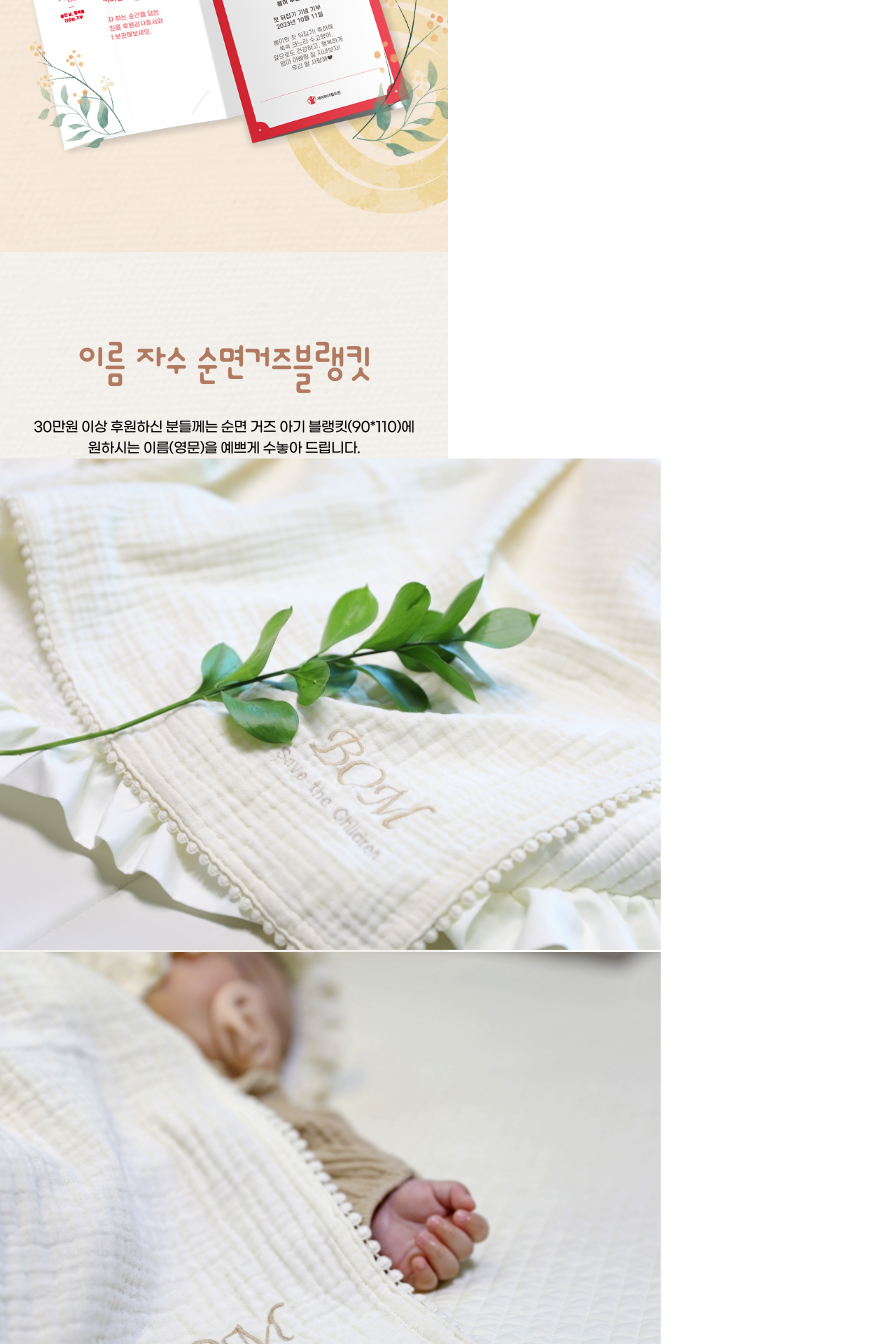
Repository: dlgywls1130/save_children_m
Page: index.html
These files come from the project's save history. The page is drawn as it stood at one moment and after the next save; the edit follows.
The browser window is 1280 px wide. The pictures show the part of the page from y = 4580 to 6500 px (the page is 9918 px tall), at 70% of full size.

Above is the page before, as saved 2023-12-13 19:21:30.

### index.html
<!DOCTYPE html>
<html lang="en">
<head>
    <meta charset="UTF-8">
    <meta name="viewport" content="width=device-width, initial-scale=1.0">
    <title>세이브더칠드런</title>

    <link rel="stylesheet" href="./css/reset.css">
    <link rel="stylesheet" href="./css/style.css">

</head>
<body>
    <div class="content_body">
        <section class="section_wrapper section01">
            <div class="se01 se_wrapper">
                <div class="se01_sub">
                    <div class="sub_logo">
                        <img src="./img/logo01.png" alt="logo">
                    </div>
                    <p>우리 아기 좋은 날 기부</p>
                </div>
                <p class="seo01_title">
                    아가야,
                </p>
                <p class="seo01_title_two">
                    너의 <span id="rollingText">탄생</span> 순간을 축하해!
                </p>
                <p class="section_descript mb-45">
                    아이의 건강과 행복을
                    <br>바라는 마음을 담아,
                    <br>탄생, 백일, 첫 걸음마, 첫돌 등
                    <br>내 아이의 소중한 순간을
                    <br>기부로 기념해보세요.
                    <br>함께 자라나는 다른 아이들
                    <br>에게도 큰 축복이 됩니다..
                </p>

                <a class="donation_link" href="javascript:void(0)">우리 아기 좋은 날 기부</a>
            </div>
        </section>
        <section class="section_wrapper section02">
            <div class="se02 se_wrapper">
                <div class="postit_wrapper">
                    <div class="postit postit01">
                        <p>우리 아들 우현이의<br>
                        200일을 축하해.<br>
                        건강하게 자라줘서 고마워 ❤<br>
                        늘 사랑받고 받은 사랑만큼<br>
                        베풀 수 있는 건강하고<br>
                        멋진 아들이 되길 바래!</p>
                    </div>
                    <div class="postit postit02">
                        <p>우리 새로아<Br>
                        백일 동안 무럭무럭 자라줘서<Br>
                        고마워~앞으로도 건강하고<Br>
                        우리 같이 재미있게 많이 놀자.<Br>
                        엄마,아빠가 많이 사랑해.</p>
                    </div>

                    <div class="postit postit05">
                        <p>사랑하는 도현이의<br>
                        첫 어린이날과 첫돌을<br>
                        기념하며, <br>
                        이웃을 사랑하는<br>
                        멋진 사람으로 자라길</p>

                    </div>
                    <div class="postit postit04">
                        <p>보미야<br>
                        첫 번째 생일 축하해<br>
                        너의 존재가 온 세상에<br>
                        봄이길 바랄게!   </p>
                    </div>

                    <div class="postit postit03">
                        <p>서진아<br>
                        우리에게 와줘서 고마워<br>
                        건강하고 행복하게 자라렴.<br>
                        사랑해♡      </p>
                    </div>

                </div>

            </div>
        </section>
        <section class="section_wrapper section03">
            <div class="se_wrapper se03">
                <div class="se_title_co">
                    아기의 좋은 날을<br> 기념해 주신 모든 분들께
                    <br>후원감사증서를 보내드립니다.
                </div>
                <div class="se_sub_co">
                    후원감사증서는<Br> 아기에게 남기고 싶은 메시지와 아기의 좋은 날이 담긴 사진을<br> 보관할 수 있도록
                    만들어드립니다.<br> 먼 훗날, 아기가 성장해 읽게 될 날을 그리며 편지를 써보세요.
                </div>
            </div>

        </section>
        <section class="section_wrapper section04">
            <div class="se_wrapper se04">
                <div class="se_title_co">
                    이름 자수 순면거즈블랭킷
                </div>
                <div class="se_sub_co">
                    30만원 이상 후원하신 분들께는 순면 거즈 아기 블랭킷(90*110)에
                    <Br>원하시는 이름(영문)을 예쁘게 수놓아 드립니다.
                </div>

                <div class="se04_slide mt-85">
                    <div class="se04_slide_list">
                        <img src="./img/slide01.jpg">
                    </div>
                    <div class="se04_slide_list">
                        <img src="./img/slide02.jpg">
                    </div>
                    <div class="se04_slide_list">
                        <img src="./img/slide03.jpg">
                    </div>
                </div>
            </div>
        </section>
        <section class="section_wrapper section05">
            <div class="se_wrapper se05">
                <div class="se_title_co">
                    후원신청 과정
                </div>

                <div class="se_step_list">
                    <div class="se_step">
                        <p class="step_number">1</p>
                        <div class="step_ico">
                            <img src="./img/icon01.png" alt="img">
                        </div>
                        <p class="step_descript">
                            후원신청하기
                        </p>
                    </div>
                    <div class="se_step">
                        <p class="step_number">2</p>
                        <div class="step_ico">
                            <img src="./img/icon02.png" alt="img">
                        </div>
                        <p class="step_descript">
                            후원감사증서
                            <br>메시지 적기
                        </p>
                    </div>
                    <div class="se_step">
                        <p class="step_number">3</p>
                        <div class="step_ico">
                            <img src="./img/icon03.png" alt="img">
                        </div>
                        <p class="step_descript">
                            신청완료
                        </p>
                    </div>
                    <div class="se_step">
                        <p class="step_number">4</p>
                        <div class="step_ico">
                            <img src="./img/icon04.png" alt="img">
                        </div>
                        <p class="step_descript">
                            후원감사증서 발송
                            <Br>(1주 이내)
                        </p>
                    </div>
                </div>

                <div class="se_sub_co mt-100">
                    30만원 이상 후원해 주신 경우,
                    <br>감사 선물 수령 주소 및 아기 블랭킷에 새겨질 문구 확인을 위한 문자가 발송됩니다.
                </div>

                <a class="donation_link" href="javascript:void(0)">우리 아기 좋은 날 기부</a>
            </div>

        </section>
        <section class="section_wrapper section06">
            <div class="se_wrapper se06">
                <div class="se_title_co">
                    후원금, 이렇게 쓰여요!
                </div>
                <div class="se_sub_co">
                    세이브더칠드런은 <span>국내외 아동을 위한 교육,
                    <Br>보호, 보건영양지원, 아동권리옹호</span> 등의 활동을 해나가고 있습니다.
                </div>
                <div class="se_sub_co">
                    보내주신 후원금은 정치, 종교, 인종에 관계없이 모든 아이를 구해야 한다는
                    <Br>세이브더칠드런의 신념에 따라 <span>가장 도움 필요한 아이를 위해 우선 사용</span>됩니다.
                </div>
            </div>

        </section>
        <section class="section_wrapper section07">
            <div class="se_wrapper se07">
                <div class="se_title_co">
                    FAQ
                </div>
                <div class="accordion">
                    <div class="accordion-item">
                        <h3 class="title">
                            <span>1. 30만원 이상 후원했습니다. 거즈 순면 블랭킷은 언제 오나요?</span>
                            <img src="./img/top.png">
                        </h3>
                        <p class="paragraph">
                            우리아기 축하기부로 30만원 이상 후원자님들께는 담요에 수놓을 아기 이름과
                            <Br>선물 수령 주소 확인을 위한 문자가 발송됩니다.
                            <br>02-6900-4479로 발송되는 문자 속 설문조사에 답해주세요.
                            <br>확인을 완료하신 분들께는 블랭킷 제작을 담당하고 있는 조니 스튜디오에서
                            <br>아기 이름 자수 작업 완료 후 배송해 드립니다.

                        </p>
                    </div>
                    <div class="accordion-item">
                        <h3 class="title">
                            <span>2. 거즈 순면 블랭킷, 안전한 제품인가요?</span>
                            <img src="./img/top.png">
                        </h3>
                        <p class="paragraph">
                            본 블랭킷은 워싱된 3중 거즈로 제작되었으며, KC안전검사를 완료하였습니다.
                            소재 특성상 섬유 조각이 발생할 수 있어 망에 넣지 않고 3번 정도 물빨래 하시는 것을 권장합니다.

                        </p>
                    </div>
                    <div class="accordion-item">
                        <h3 class="title">
                            <span>3. 거즈 순면 블랭킷을 받았는 데 하자가 있어요. 어떻게 해야 하나요? </span>
                            <img src="./img/top.png">
                        </h3>
                        <p class="paragraph">
                            070-4220-4123 (조니스튜디오 CS)로 전화 연락 부탁드립니다. 하자 물품에 대한 교환은 수령일로부터 7일 이내에 조니스튜디오에 연락해주셔야 하며, 이로 인한 후원금 환불은 어렵습니다.
                        </p>
                    </div>
                    <div class="accordion-item">
                        <h3 class="title">
                            <span>4. 후원감사증서에 넣을 수 있는 사진 사이즈는 얼마인가요?</span>
                            <img src="./img/top.png">
                        </h3>
                        <p class="paragraph">
                            사진 인화 사이즈 5*7 인치에 맞추어서 제작되었습니다.  그보다 작은 사진일 경우, 후원감사증서
                            내부의 주머니에 넣어 보관하실 수도  있습니다.

                        </p>
                    </div>
                </div>
            </div>

        </section>
        <section class="section_wrapper section08">
            <div class="se_wrapper se08">
                <div class="se08_postion">
                    <p class="se08_title">우리 아기 좋은 날 기부</p>
                    <p class="se08_descript">
                        탄생, 백일, 첫 걸음마, 첫돌...
                        <br>소중한 우리 아기의 성장을 기념해 보세요!
                        <br>아기의 좋은 날이 모여 세상의 행복이 됩니다.
                    </p>
                    <a href="javascript:void(0)" class="more_btn">
                        <p>자세히보기</p>
                        <svg xmlns="http://www.w3.org/2000/svg" width="16" height="16" fill="currentColor" class="bi bi-chevron-right" viewBox="0 0 16 16">
                            <path fill-rule="evenodd" d="M4.646 1.646a.5.5 0 0 1 .708 0l6 6a.5.5 0 0 1 0 .708l-6 6a.5.5 0 0 1-.708-.708L10.293 8 4.646 2.354a.5.5 0 0 1 0-.708z"/>
                        </svg>
                    </a>
                </div>

            </div>
        </section>
    </div>

    <script src="https://ajax.googleapis.com/ajax/libs/jquery/1.12.4/jquery.min.js"></script>
    <script src="./js/main.js"></script>
</body>
</html>

### css/style.css

/* root */
:root{
    --main-color:#B17A60;
    --pink-color:#F79497;
}


/* font */

/* dongle */
@font-face {
    font-family: 'Dongle';
    font-weight: 300;
    src: url('../font/Dongle-Light.ttf') format('ttf'),
    url('../font/Dongle-Light.woff') format('woff');
}

@font-face {
    font-family: 'Dongle';
    font-weight: 500;
    src: url('../font/Dongle-Regular.ttf') format('ttf'),
    url('../font/Dongle-Regular.woff') format('woff');
}

@font-face {
    font-family: 'Dongle';
    font-weight: 700;
    src: url('../font/Dongle-Bold.ttf') format('ttf'),
    url('../font/Dongle-Bold.woff') format('woff');
}


/* Gmarket */
@font-face {
    font-family: 'GmarketSans';
    font-weight: 300;
    src: url('../font/GmarketSansLight.ttf') format('ttf'),
    url('../font/GmarketSansLight.woff') format('woff');
}

@font-face {
    font-family: 'GmarketSans';
    font-weight: 500;
    src: url('../font/GmarketSansMedium.ttf') format('ttf'),
    url('../font/GmarketSansMedium.woff') format('woff');
}

@font-face {
    font-family: 'GmarketSans';
    font-weight: 700;
    src: url('../font/GmarketSansBold.ttf') format('ttf'),
    url('../font/GmarketSansBold.woff') format('woff');
}


/* nanumsqure */

@font-face {
    font-family: 'NanumSquare';
    font-weight: 400;
    src: url('../font/NanumSquareL.ttf') format('ttf'),
    url('../font/NanumSquareL.woff') format('woff');
}

@font-face {
    font-family: 'NanumSquare';
    font-weight: 500;
    src: url('../font/NanumSquareR.ttf') format('ttf'),
    url('../font/NanumSquareR.woff') format('woff');
}

@font-face {
    font-family: 'NanumSquare';
    font-weight: 600;
    src: url('../font/NanumSquareB.ttf') format('ttf'),
    url('../font/NanumSquareB.woff') format('woff');
}

@font-face {
    font-family: 'NanumSquare';
    font-weight: 700;
    src: url('../font/NanumSquareEB.ttf') format('ttf'),
    url('../font/NanumSquareEB.woff') format('woff');
}



/* scdream5 */
@font-face {
    font-family: 'SCDream5';
    src: url('../font/SCDream5.woff') format('woff'),
    url('../font/SCDream5.ttf') format('ttf'),
    url('../font/SCDream5.otf') format('otf');
}


.section_wrapper{
    max-width:1920px;
    width: 100%;

}

.se_wrapper{
    max-width: 640px;
    width: 100%;
    position: relative;
    box-sizing: border-box;
}


/* section01 */


.section01{
    background: url('../img/back01.jpg') no-repeat;
    height: 940px;

}

.se01{
    padding: 145px 10px 92px 60px;
    box-sizing: border-box;
}
.se01_sub{
    display: flex;
    align-items: center;
    margin-bottom: 70px;
}

.sub_logo{
    width: 125px;
    height: 40px;
    margin-right: 10px;
}

.sub_logo img{
    width: 100%;
    height: 100%;
    object-fit: contain;
}

.se01_sub p{
    width: 190px;
    height: 30px;
    background: #B17A60;
    border-radius: 15px;
    display: flex;
    align-items: center;
    justify-content: center;
    letter-spacing: -0.03em;
    font-size: 15px;
    font-weight: 700;
    font-family: 'GmarketSans',sans-serif;
    color: #fff;
}

.seo01_title{
    font-family: 'Dongle',sans-serif;
    font-weight: 500;
    font-size: 120px;
    color: var(--main-color);
    letter-spacing: -0.03em;
}

.seo01_title_two{
    font-family: 'Dongle',sans-serif;
    font-weight: 500;
    font-size: 90px;
    color: var(--main-color);
    letter-spacing: -0.03em;
    margin-top: -7%;
    margin-bottom: 50px;
    display: flex;
    align-items: center;
}

.seo01_title_two span{
    margin: 0 1.5rem;
}
.section_descript{
    font-size: 20x;
    line-height: 30px;
    font-family: 'GmarketSans';
    font-weight: 500;
    letter-spacing: -0.03em;
    color: #000;
}

.donation_link{
    width: 300px;
    height: 50px;
    border-radius: 100px;
    display: flex;
    align-items: center;
    justify-content: center;
    background: var(--pink-color);
    color: #fff;
    font-family: 'GmarketSans';
    font-size: 20px;
    font-weight: 700;
    letter-spacing: -0.03em;
    text-decoration: none;
    margin: 145px auto 0;
}


@keyframes roll {
    from {
        transform: translateY(40%);
        opacity: 0;
    }
    to {
        transform: translateY(0);
        opacity: 1;
    }
  }


  #rollingText.animate-text {
    animation: roll 0.5s ease-in-out;
}

/* section02 */

.section02{
    height: 2800px;
    background: url('../img/back02.jpg') no-repeat;
}

.se02{
    box-sizing: border-box;
    height: 100%;
}
.postit_wrapper{
    width: 100%;
    padding: 76px 60px 96px;
    position: relative;
    display: flex;
    flex-direction: column;
    align-items: center;
}

.ex_text{
    font-family: 'GmarketSans';
    font-size: 20px;
    font-weight: 500;
    letter-spacing: -0.03em;
}


.postit p{
    font-family: 'SCDream5';
    font-size: 23px;
    line-height: 35px;
    text-align: center;
    display: flex;
    justify-content: center;
    align-items: center;
    height: 100%;
}

.postit01{
    background:url('../img/post04.png') no-repeat;
    width: 520px;
    height: 520px;
    background-size: contain;
    box-sizing: border-box;
}

.postit01 p{
    transform: rotate(358deg);
    padding-top: 20px;
}

.postit02{
    background: url('../img/post05.png') no-repeat;
    width: 510px;
    height: 510px;
    background-size: contain;
    box-sizing: border-box;
    margin-top: -19%;
}

.postit02 p{
    transform: rotate(10deg);
    padding-top: 20px;
}

.postit03{
    background:url('../img/post02.png') no-repeat;
    width: 459px;
    height: 459px;
    background-size: contain;
    box-sizing: border-box;
    margin-top: -25%;
    transform: rotate(-14deg);
}

.postit03 p{
    transform: rotate(7deg);
    padding-top: 20px;
}

.postit04{
    background: url(../img/post03.png) no-repeat;
    width: 440px;
    height: 440px;
    background-size: cover;
    box-sizing: border-box;
    margin-top: -24%;
    transform: rotate(14deg);
}

.postit04 p{
    transform: rotate(354deg);
}

.postit05{
    background:url('../img/post01.png') no-repeat;
    width: 460px;
    height: 460px;
    background-size: contain;
    box-sizing: border-box;
    margin-top: -22%;
}

.postit05 p{
    transform: rotate(-9deg);
    padding-top: 20px;
}

/* section03 */

.section03{
    height: 1200px;
    background: url('../img/back03.jpg') no-repeat;
}

.se03{
    padding: 200px 60px 96px;
    box-sizing: border-box;
    height: 100%;
}


.se_title_co{
    font-size: 80px;
    line-height: 80px;
    letter-spacing: -0.03em;
    font-family: 'Dongle';
    font-weight: 500;
    color: var(--main-color);
    text-align: center;
}

.se_sub_co{
    font-size: 20px;
    letter-spacing: -0.03em;
    line-height: 30px;
    font-family: 'GmarketSans';
    font-weight: 500;
    text-align: center;
    margin-top: 35px;
}

/* section04 */

.section04{
    height: 1740px;
    background: url('../img/back07.jpg') no-repeat;
}

.se04{
    padding: 120px 0 130px;
    box-sizing: border-box;
    height: 100%;
}

.se04_slide{
    width: 944px;
    margin: 0 auto;
}


.slick-prev,
.slick-next {
    background: transparent;
    border: none;
    cursor: pointer;
    font-size: 0;
}

.slick-prev {

    width: 48px;
    height: 40px;
    position: absolute;
    left: -6%;
    top: 50%;
    transform: translateY(-50%);
    z-index: 1;
    background-size: contain;
}

.slick-next {

    width: 48px;
    height: 40px;
    position: absolute;
    right: -6%;
    top: 50%;
    transform: translateY(-50%);
    background-size: contain;
}

.slick-next  img,
.slick-prev img{
    width: 100%;
    height: 100%;
    object-fit: contain;
}

/* section05 */
.section05{
    height: 1080px;
    background: url('../img/back07.jpg') no-repeat;
}

.se05{
    padding: 150px 0 140px;
    box-sizing: border-box;
    height: 100%;
}

.se_step_list{
    display: flex;
    align-content: center;
    column-gap: 88px;
    margin-top: 90px;
    position: relative;
}

.se_step_list::after{
    position: absolute;
    content: '';
    top: 38%;
    transform: translate(0,-50%);
    border-top: 2px dashed var(--pink-color);
    width: 100%;
}

.se_step_list .se_step{
    position: relative;
}

.step_number{
    font-size: 25px;
    letter-spacing: -0.03em;
    line-height: 35px;
    font-weight: 700;
    font-family: 'GmarketSans';
    position: absolute;
    left: 19%;
    top: 0;
    color: var(--main-color);
    z-index: 2;
}

.se_step_list .se_step .step_ico{
    width: 200px;
    height: 200px;
    border-radius: 50%;
    background-color: #fff;
    display: flex;
    align-items: center;
    justify-content: center;
    position: relative;
    z-index: 1;
}

.se_step_list .se_step .step_ico img {
    width: 138px;
    height: 138px;
    object-fit: contain;
    object-position: 73%;
}

.step_descript{
    font-size: 20px;
    letter-spacing: -0.03em;
    line-height: 23px;
    font-weight: 500;
    font-family: 'GmarketSans';
    text-align: center;
    margin-top: 20px;
    color: var(--main-color);
}

.se_step_list .se_step:first-child .step_ico::before{
    display: none;
}

.se_step_list .se_step:last-child .step_ico::after{
    display: none;
}

.se_step_list .step_ico::before{
    position: absolute;
    content: '';
    top: 50%;
    left: -5px;
    transform: translate(0,-50%);
    width: 10px;
    height: 10px;
    border-radius: 50%;
    background-color: var(--pink-color);
}


.se_step_list .step_ico::after{
    position: absolute;
    content: '';
    top: 50%;
    right: -5px;
    transform: translate(0,-50%);
    width: 10px;
    height: 10px;
    border-radius: 50%;
    background-color: var(--pink-color);
}

/* section06 */
.section06{
    height:700px;
    background: url('../img/back06.jpg') no-repeat;
}

.se06{
    padding: 150px 0;
    height: 100%;
    box-sizing: border-box;
}


.se_sub_co span{
    font-weight: 700;
}
/* section07 */

.section07{
    height:1080px;
    background: url('../img/back02.jpg') no-repeat;
}

.se07{
    padding: 100px 0;
    height: 100%;
    box-sizing: border-box;
}


.accordion{
    margin-top: 80px;
}
.accordion-item {
    padding:15px 0;
    margin: 0;
    overflow: hidden;
}

.accordion-item .title {
    display: flex;
    justify-content: space-between;
    align-items: center;
    font-weight: 700;
    font-size: 30px;
    letter-spacing: -0.03em;
    cursor: pointer;
    width: 100%;
    height: 80px;
    border-radius: 50px;
    background-color: #fff;
    color: var(--main-color);
    padding: 0 30px;
    font-family: 'GmarketSans';
    box-sizing: border-box;
}

.accordion-item .title img {
    font-size: 0.9rem;
    color: #454545;
    transform: rotate(0);
    transition: transform 0.15s ease;
}

.accordion-item .paragraph {
    font-weight: 500;
    font-size: 25px;
    letter-spacing: -0.03em;
    color: #000;
    display: none;
    padding: 50px 70px 35px;
    list-style: inside;
    line-height: 50px;
    font-family: 'GmarketSans';
}

.accordion-item .paragraph .indent{
    text-indent: 1rem;
}


.accordion-item .paragraph span{
    font-weight: bold;
}

.accordion-item.active .title img{
    transform: rotate(180deg);
}

.accordion-item.active .paragraph {
    display: block;
}


/* section08 */

.section08{
    height:378px;
    background: url('../img/banner.jpg') no-repeat;
}
.se08{
    position: relative;
    height: 100%;
}

.se08_postion{
    position: absolute;
    top: 80px;
    left: 50%;
}

.se08_title{
    font-family: 'NanumSquare';
    font-weight: 600;
    font-size: 23px;
    letter-spacing: -0.05em;
    line-height: 50px;
    position: relative;
}

.se08_title::before{
    position: absolute;
    content: '';
    top: -7px;
    width: 32px;
    height: 3px;
    background-color:#543F2C;
    left: 0;
}

.se08_descript{
    font-family: 'NanumSquare';
    font-weight: 500;
    font-size: 19px;
    line-height: 28px;
    letter-spacing: -0.06em;
}

.more_btn{
    margin-top: 38px;
    width: 150px;
    height: 40px;
    background: #543F2C;
    display: flex;
    align-items: center;
    justify-content: center;
    text-decoration: none;
}

.more_btn p{
    font-family: 'NanumSquare';
    font-weight: 500;
    font-size: 18px;
    color: #fff;

}

.more_btn svg{
    fill: #fff;
}

Loaded but not shown: js/main.js (46 lines, source omitted); css/reset.css (45 lines, source omitted)

After the next save:
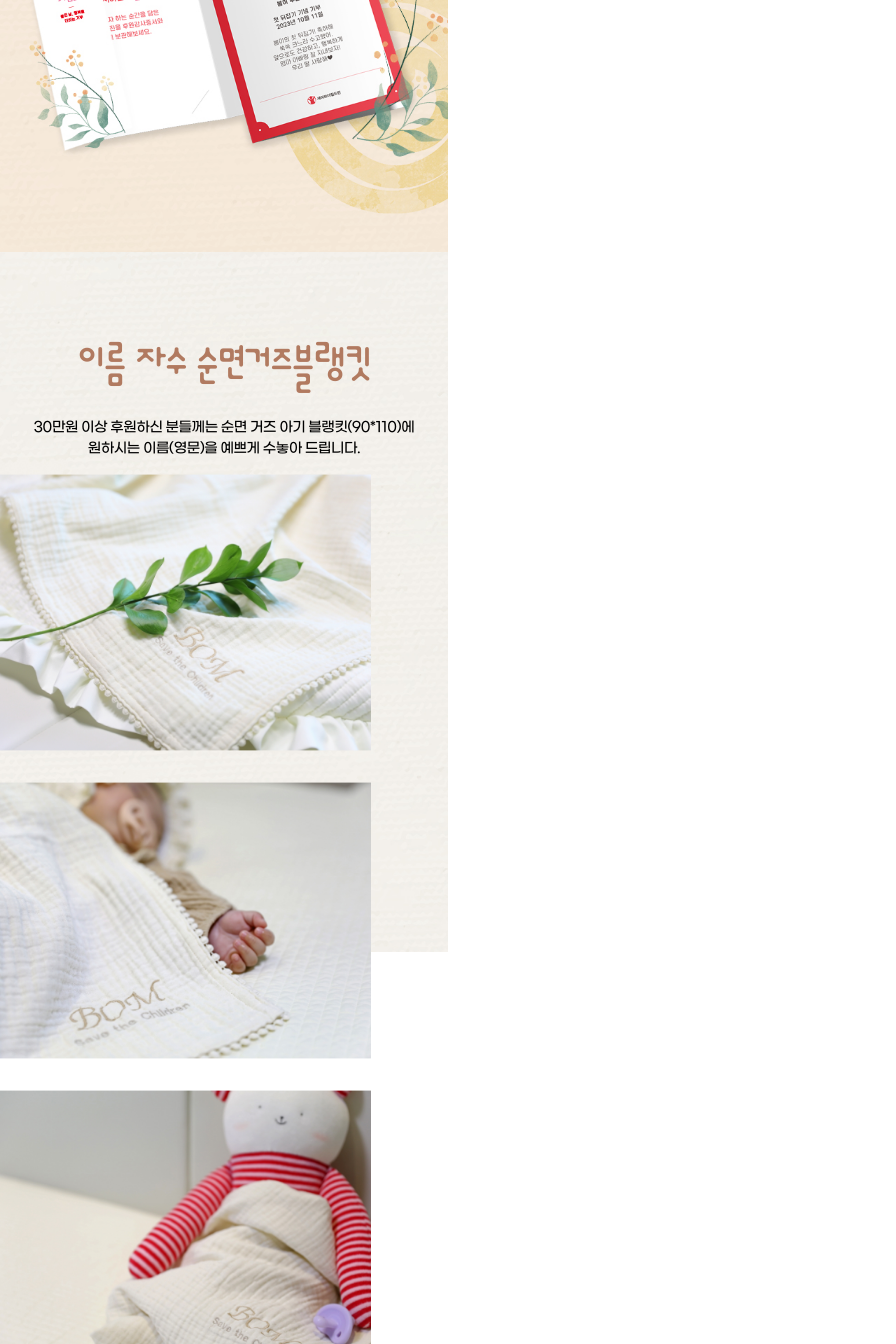
Saved 2 min 18 s later.
--- a/css/style.css
+++ b/css/style.css
@@ -383,44 +383,16 @@
 }
 
 
-.slick-prev,
-.slick-next {
-    background: transparent;
-    border: none;
-    cursor: pointer;
-    font-size: 0;
-}
-
-.slick-prev {
-
-    width: 48px;
-    height: 40px;
-    position: absolute;
-    left: -6%;
-    top: 50%;
-    transform: translateY(-50%);
-    z-index: 1;
-    background-size: contain;
-}
-
-.slick-next {
-
-    width: 48px;
-    height: 40px;
-    position: absolute;
-    right: -6%;
-    top: 50%;
-    transform: translateY(-50%);
-    background-size: contain;
-}
-
-.slick-next  img,
-.slick-prev img{
-    width: 100%;
-    height: 100%;
-    object-fit: contain;
-}
-
+.se04_slide_list{
+    width: 530px;
+    height: 440px;
+}
+
+.se04_slide_list img{
+    width:100%;
+height: 100%;
+object-fit: contain;
+}
 /* section05 */
 .section05{
     height: 1080px;
